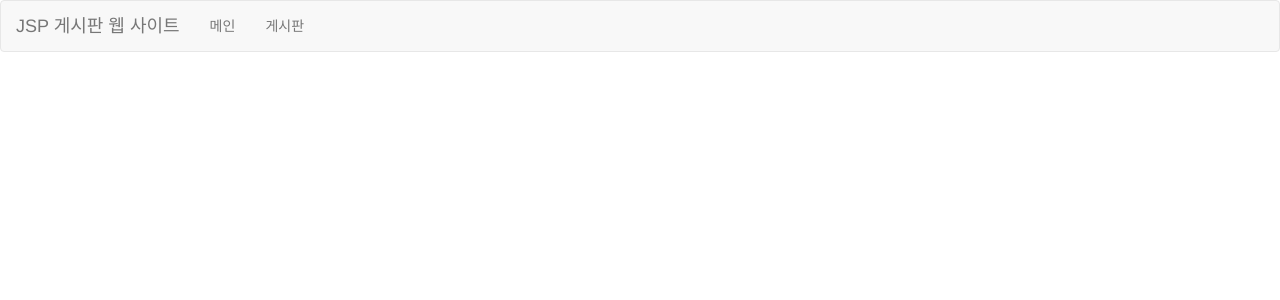
Repository: winter9388/JSP_BBS
Page: http://localhost/BBS/main.jsp
The author's editor kept a copy of each file at every save. The page is drawn from the files as they stood at one save, then again after the next save.
The browser window is 1280 px wide. The pictures show the whole page.
Some web libraries are served in a nearby version. The page is served by Tomcat 9. Other server files are loaded and not shown.

Above is the page before, as saved 2022-08-11 03:28:29.

### BBS/src/main/webapp/main.jsp
<%@ page language="java" contentType="text/html; charset=UTF-8"
    pageEncoding="UTF-8"%>
<!DOCTYPE html>
<html>
<head>
<meta charset="UTF-8">
<meta name="viewport" content="width=device-width", initial-scale="1">
<link rel="stylesheet" href="css/bootstrap.css">
<title>JSP 게시판 웹 사이트</title>
</head>
<body>
	<nav class="navbar navbar-default">
		<div class="navbar-header">
			<button type="button" class="navbar-toggle collapsed"
				data-toggle="collpse" data-target="#bs-example-navbar-collapse-1"
				aria-expanded="false">
				<span class="icon-bar"></span>
				<span class="icon-bar"></span>
				<span class="icon-bar"></span>
			</button>
			<a class="navbar-brand" href="main.jsp">JSP 게시판 웹 사이트</a>
		</div>
		<div class="collapse navbar-collapse" id="bs-example-navbar-collapse-1">
			<ul class="nav navbar-nav">
				<li><a href="main.jsp">메인</a></li>
				<li><a href=bbs.jsp">게시판</a></li>
			</ul>
			<ul class="nav navbar-nav navbar-right"></ul>
		</div>
	</nav>


	<script src="https://code.jquery.com/jquery-3.1.1.min.js"></script>
	<script src="js/bootstrap.js"></script>
</body>
</html>

Loaded but not shown: BBS/src/main/webapp/css/bootstrap.css (library); BBS/src/main/webapp/js/bootstrap.js (library)

After the next save:
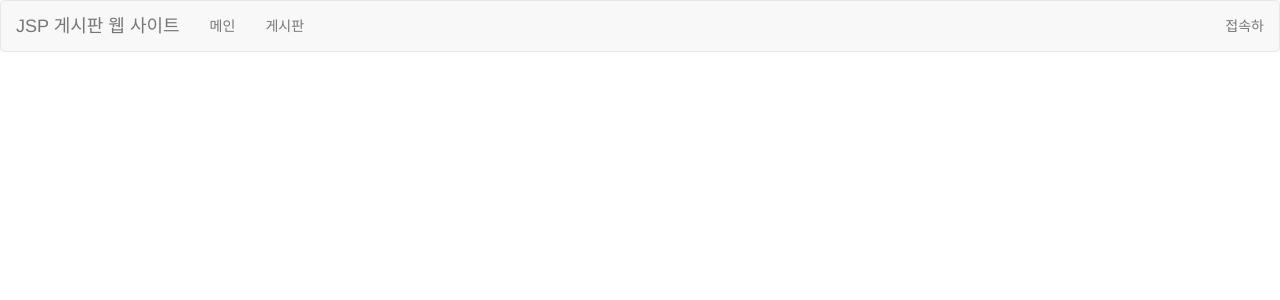
Saved 2 min 56 s later.
--- a/BBS/src/main/webapp/main.jsp
+++ b/BBS/src/main/webapp/main.jsp
@@ -25,7 +25,13 @@
 				<li><a href="main.jsp">메인</a></li>
 				<li><a href=bbs.jsp">게시판</a></li>
 			</ul>
-			<ul class="nav navbar-nav navbar-right"></ul>
+			<ul class="nav navbar-nav navbar-right">
+				<li class="dropdown">
+					<a href="#" class="dropdown-toggle"
+						data-toggle="dropdown" role="button" aria-haspopup="true"
+						aria-expanded="false">접속하</a>
+				</li>
+			</ul>
 		</div>
 	</nav>
 
